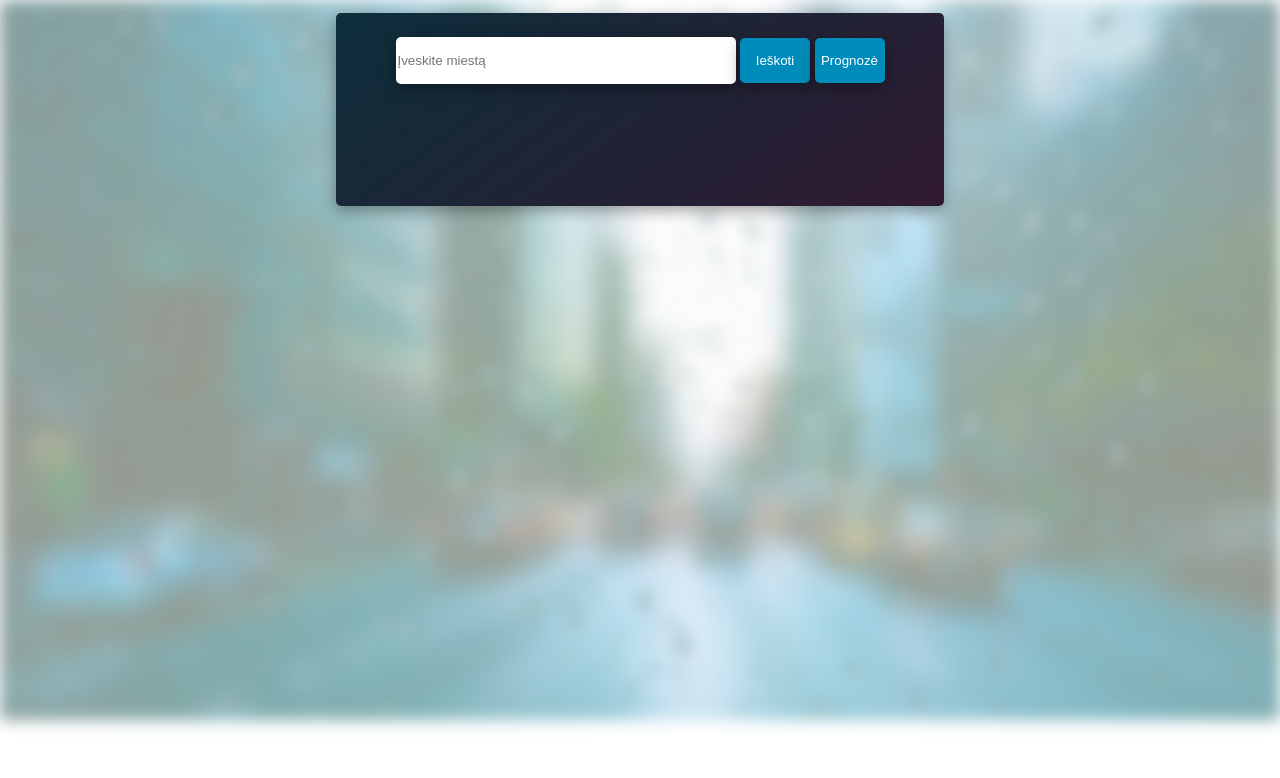
Repository: daxazz1/Weather-app
Page: index.html
An editor plug-in stored every save of this project. The page is shown before and after the next save, followed by the edit.
The browser window is 1280 px wide. The pictures show the whole page.

Above is the page before, as saved 2021-11-08 15:55:50.

After the next save:
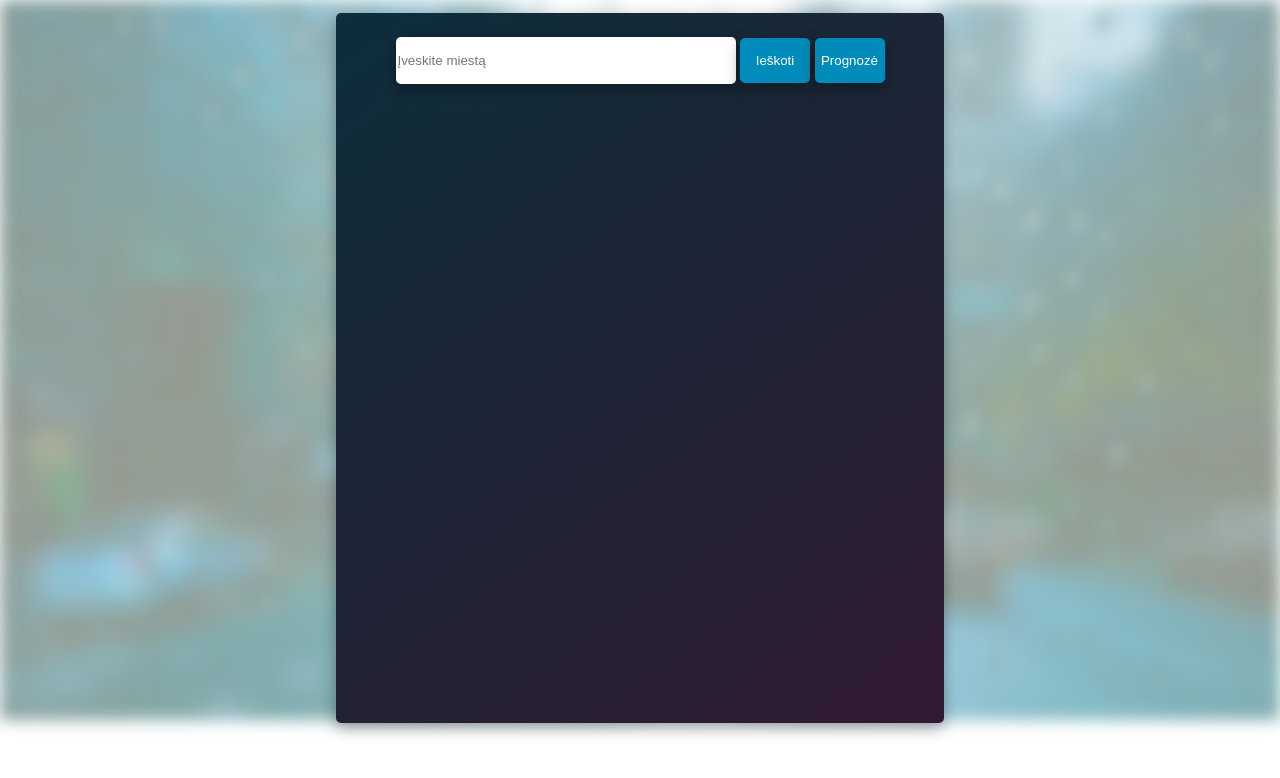
Saved 61 s later.
--- a/style.css
+++ b/style.css
@@ -10,7 +10,9 @@
   box-shadow: rgba(0, 0, 0, 0.35) 0px 5px 15px;
   background: linear-gradient(0.4turn, #0d2e3b, #311a31);
 }
-
+.content {
+  display: flex;
+}
 .wrap {
   justify-content: space-around;
   margin-top: 60px;
